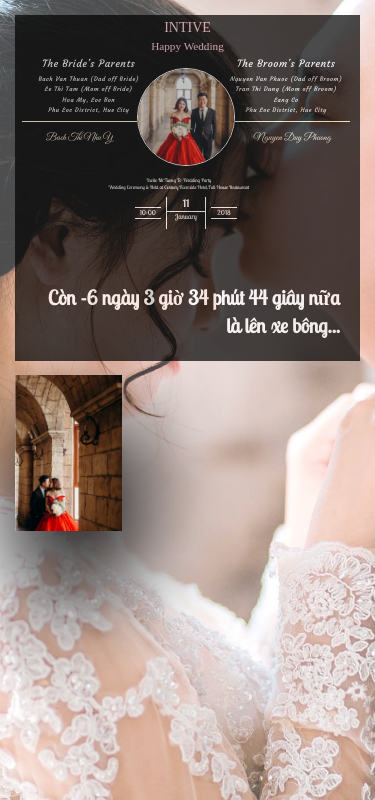
Repository: nguyenhuutuong999/WeddingOfSister
Page: wedding.html
The author's editor kept a copy of each file at every save. The page is drawn from the files as they stood at one save, then again after a run of saves.
The browser window is 375 px wide. The pictures show the whole page.
Some web fonts or font styles are not loaded; a fallback is used.

Above is the page before, as saved 2019-09-16 21:11:48.

### wedding.html
<!doctype html>
<html>

<head>
    <meta charset="utf-8">
    <meta name="viewport" content="width=device-width, initial-scale=1">
    <title>Wedding</title>

    <!-- Latest compiled and minified CSS & JS -->

    <link rel="stylesheet" href="./style.css">


    <!-- Latest compiled and minified CSS & JS -->
    <link rel="stylesheet" media="screen" href="//netdna.bootstrapcdn.com/bootstrap/3.3.4/css/bootstrap.min.css">
    <script src="//code.jquery.com/jquery.js"></script>
    <script src="//netdna.bootstrapcdn.com/bootstrap/3.3.4/js/bootstrap.min.js"></script>

    <link rel="stylesheet" href="./animate.css">
    <script type="text/javascript" src="./wow.min.js"></script>
    <script>
        new WOW().init();
    </script>

</head>


<body>
    <div id="container">
        <div id="opacity-background"></div>

        <div id="album">

            <img name="image_vh" src="./images/vh1.jpg" class="wow slideInLeft" data-wow-duration="1s">
        </div>
        <div id="content">
            <h1 id="invite">INTIVE</h1>
            <h2 id="happy">Happy Wedding</h2>
            <div id="infor">
                <div id="bride" class="wedding">
                    <!-- // <label>Le Thi Thanh Ngan</label> -->
                    <h3>The Bride's Parents</h3>
                    <p>Bach Van Thuan (Dad off Bride)</p>
                    <p>Le Thi Tam (Mom off Bride)</p>
                    <p>Hoa My, Loc Bon</p>
                    <p>Phu Loc District, Hue City</p>

                </div>
                <div id="broom" class="wedding">
                    <!--  -->
                    <h3>The Broom's Parents</h3>
                    <p>Nguyen Van Phuoc (Dad off Broom)</p>
                    <p>Tran Thi Dung (Mom off Broom)</p>
                    <p>Lang Co</p>
                    <p>Phu Loc District, Hue City</p>

                </div>
                <!-- <canvas id="myCanvas" width="470" height="300"></canvas> -->

            </div>
            <div id="colorful">
                <h2 style="margin-left: 0px;" class="name">Bach Thi Nhu Y</h2>
                <img name="image_s" id="radius" src="./images/s1.jpg" class="wow zoomIn" data-wow-duration="1s" />
                <h2 style="margin-left: 0px;" class="name">Nguyen Duy Phuong</h2>
            </div>
            <div id="desc">
                <div style="color: white; position: relative; margin-top: 38%;">Invite Mr.Tuong To Wedding Party</div>
                <div id="place">Wedding Ceremony is Held at Century Riverside Hotel,Full House Restaurant</div>
                <div id="time">
                    <div id="hour" class="border1">10:00</div>
                    <div id="day-month">
                        <div id="day">11</div>
                        <div id="month">January</div>
                    </div>
                    <div id="year" class="border1">2018</div>
                </div>

            </div>
            <p id="countDown"></p>
        </div>

</body>

</html>
<script type="text/javascript">
    window.onload = function () {

        setTimeout("switchImageVH()", 3000);
        setTimeout("switchImageS()", 2000);
        setTimeout("switchImageHH()", 2000);
    }
    var current_vh = 1;
    var num_image_vh = 13;

    var current_s = 1;
    var num_image_s = 7

    var current_hh = 1;
    var num_image_hh = 9;

    function switchImageVH() {
        current_vh++;
        document.images['image_vh'].src = './images/vh' + current_vh + '.jpg';

        if (current_vh < num_image_vh) {
            setTimeout("switchImageVH()", 3000);

        } else if (current_vh == num_image_vh) {

            current_vh = 1;
            setTimeout("switchImageVH()", 3000);
        }


    }
    function switchImageS() {
        current_s++;
        document.images['image_s'].src = './images/s' + current_s + '.jpg';

        if (current_s < num_image_s) {
            setTimeout("switchImageS()", 4000);

        } else if (current_s == num_image_s) {
            current_s = 1;
            setTimeout("switchImageS()", 4000);
        }
    }
    function switchImageHH() {
        current_hh++;
        document.images['image_s'].src = './images/s' + current_hh + '.jpg';

        if (current_hh < num_image_s) {
            setTimeout("switchImageS()", 4000);

        } else if (current_hh == num_image_s) {
            current_hh = 1;
            setTimeout("switchImageS()", 4000);
        }
    }


    var dateWedding = {

        date: 10,
        hour: 23,
        minutes: 59,
        second: 59,
    }

    setInterval(function () {
        var today = new Date();
        var date = "Còn " + (dateWedding.date - today.getDate()) + " ngày " + (dateWedding.hour - today.getHours()) + " giờ " + (dateWedding.minutes - today.getMinutes()) + " phút " + (dateWedding.second - today.getSeconds() + " giây nữa là lên xe bông...");
        document.getElementById("countDown").innerHTML = date;
    }, 1000);



    // var canvas = document.getElementById('myCanvas');
    // var context = canvas.getContext('2d');

    // // Xác đinh tâm là trọng tâm của Canvas
    // var x = canvas.width / 2;
    // var y = canvas.height / 2;

    // // bán kính 75px
    // var radius = 130;

    // // Góc bắt đầu là 1.1PI
    // var startAngle = 1.1 * Math.PI;

    // // Góc kết thúc là 1.9PI
    // var endAngle = 1.9 * Math.PI;

    // // Cùng chiều kim đồng hồ
    // var counterClockwise = false;

    // // Vẽ đường cung
    // context.beginPath();
    // context.arc(x, y, radius, startAngle, endAngle, counterClockwise);
    // context.lineWidth = 1.5;

    // // line color
    // context.strokeStyle = 'blanchedalmond';
    // context.stroke();


</script>

### style.css
@import url('https://fonts.googleapis.com/css?family=Great+Vibes&display=swap');
@import url('https://fonts.googleapis.com/css?family=Cookie&display=swap');
@import url('https://fonts.googleapis.com/css?family=Courgette&display=swap');
@import url('https://fonts.googleapis.com/css?family=Berkshire+Swash|Great+Vibes&display=swap');
@import url('https://fonts.googleapis.com/css?family=Lobster+Two&display=swap');
body,html{
    top:0;
    margin: 0;
    padding: 0;
    font-family: Impact, Haettenschweiler, 'Arial Narrow Bold', sans-serif;
    width: 100%;
    height: 100%;
}

#container{
    display: flex;
    background-image: url("./images/wedding6.jpg.png");
    background-repeat: repeat;
    background-size: cover;
    width: 100%;
    height: 100%;
    position: relative;
}
#opacity-background{

    position: absolute;
    top: 0;
    left: 0;
    width: 100%;
    height: 100%;
    background:white;
    opacity: 0.3;

}

#content{

    position: relative;
    background: rgb(0, 0, 0);
    opacity: 0.7;
    width: 59%;
    margin: 4% 1% 4% 0;

}
#album {
    width: 30%;
    position: relative;
    margin: 4% 1% 4% 4%;
}
#album img{

    width: 95%;
    box-shadow: 10px 50px 100px 10px black;
}

#invite{
    font-family: 'Berkshire Swash', cursive;
    color: pink;
    text-align: center;
    font-size: 40px;
}
#happy{
    font-family: 'Berkshire Swash', cursive;
    color: pink;
    text-align: center;
}
#infor{
    color: white;
    font-family: 'Courgette', cursive;
    font-size: 10px;
    display: flex;
    position: absolute;
    padding: 10px 50px;
    width: 100%;
}
.wedding{
    width: calc(100%/2);
    letter-spacing: 2px;
    text-align: center;
    line-height: 5px;
}
#colorful{
    color: white;
    font-family: 'Great Vibes', cursive;
    display: flex;
    margin-top: 0px;
    position: absolute;
    text-align: center;
    width: 95%;
    align-items: center;
    margin-top: 50px;
    margin-left: 2%;

}
.name{
    border-style: solid;
    border-width: 1px 0 0 0;
    padding:  20px 0;
    margin-top: 50px;
    color: blanchedalmond;
    width: 35%;
    font-size: 25px;
}
#radius{
    border-radius: 100%;
    border: solid 1.5px white;
    width: 30%;
}

#desc{
    position: relative;
    color: white;
    font-family: 'Lobster Two', cursive;
    font-size: 20px;
    margin-top: 00%;
    text-align: center;
    width: 95%;
}



#time{
    display: flex;
    position: relative;
    width: 40%;
    margin-left: 41%;
}
#hour{
    margin: 40px 5px;
}

#year{

    margin: 40px 5px;
}
.border1{
    border-style: solid;
    border-width: 0.1px 0;
    width: 50px;
}
#day-month{
    border-style: solid;
    border-width: 0 1.5px;
    width: 90px;
    margin: 20px 0;
}
#day{
    border-style: solid;
    border-width: 0 0 1px 0;
    width: 89px;

    font-size: 30px;
    font-weight: bold;
}
/* #myCanvas{
    position: absolute;
    margin-top: 110px;
    margin-left: 185px;


} */

#bride{
    margin-left: 10px;
}
#broom{
    margin-left: 200px;
}
#countDown{
    position: relative;
    font-family: 'Lobster Two', cursive;
    color: white;
    text-align: right;
    font-size: 20px;
    font-weight: bold;
    margin-top: 0%;

    padding: 20px;
}

@media only screen and (max-width: 600px) {

    #container{
        display: inline-block;
        background-image: url("./images/wedding5.jpg");
        background-repeat: repeat;
        background-size: cover;
        width: 100%;
        height: 100%;
        position: relative;
    }
    #invite{

        margin-top: 0px;
        padding: 5px;
        font-size: 1em;
    }
    #happy{
        font-size: 0.8em;
        margin-top: -10px;
    }
    #infor{
        margin-top: -30px;
        font-size: 5px;
        padding: 5px 10px;
    }
    .wedding h3{
        font-size: 10px;
    }
    .wedding{
        width: calc(100%);
        letter-spacing: 0.5px;
        font-size:6px;
        line-height: 0.5px;
    }
    #album img{

        width: 90%;
        box-shadow: 10px 50px 100px 10px black;
    }
    #bride{
        margin-left: 0px;
    }
    #broom{
        margin-left: 70px;
    }
    #colorful{
        width: 95%;
        margin-top: 5px;
        margin-left: 2%;

    }
    .name{
        padding:  10px 0;
        font-size: 10px;
    }
    #radius{
        border: solid 0.5px white;
    }

    #desc{
        position: relative;
        color: white;
        font-family: 'Lobster Two', cursive;
        font-size: 5px;
        margin-top: 30%;
        text-align: center;
        width: 95%;
    }

    #time{
        display: flex;
        position: relative;
        width: 40%;
        margin-left: 35%;
        margin-top: -30px;
        font-size: 7px;
    }
    #hour{
        margin: 45px 5px;
        width: 20%;
    }

    #year{
        width: 20%;
        margin: 45px 5px;
    }

    #day-month{
        border-width: 0 1px;
        width: 40px;
        margin: 35px 0;
    }
    #day{
        width: 100%;
        font-size: 10px;

    }
    #countDown{

        font-size: 8px;
        margin-top: -15%;
        font-size: 20px;
    font-weight: bold;
    margin-top: 0%;

    padding: 20px;

    }
    #content{

        position: relative;
        background: rgb(0, 0, 0);
        opacity: 0.7;
        width: 92%;
        margin: 4%;

    }
    #album {
        width: 30%;
        position: absolute;
        margin: 100% 1% 4% 4%;
    }
    #album img{

        width: 95%;
        box-shadow: 10px 50px 100px 10px black;
    }
  }

/* @media only screen and (max-width: 600px) {
    #invite{
        margin-top: 5px;
        font-size: 1em;
    }
    #happy{
        font-size: 0.8em;
        margin-top: -10px;
    }
    #infor{
        margin-top: -30px;
        font-size: 5px;
        padding: 5px 10px;
    }
    .wedding h3{
        font-size: 8px;
    }
    .wedding{
        width: calc(100%);
        letter-spacing: 0.5px;
        font-size:5px;
        line-height: 0.5px;
    }
    #album img{

        width: 90%;
        box-shadow: 10px 50px 100px 10px black;
    }
    #bride{
        margin-left: 0px;
    }
    #broom{
        margin-left: 70px;
    }
    #colorful{
        width: 95%;
        margin-top: 5px;
        margin-left: 2%;

    }
    .name{
        padding:  10px 0;
        font-size: 10px;
    }
    #radius{
        border: solid 0.5px white;
    }

    #desc{
        position: relative;
        color: white;
        font-family: 'Lobster Two', cursive;
        font-size: 5px;
        margin-top: 30%;
        text-align: center;
        width: 95%;
    }

    #time{
        display: flex;
        position: relative;
        width: 40%;
        margin-left: 32%;
        margin-top: -30px;
        font-size: 7px;
    }
    #hour{
        margin: 45px 5px;
    }

    #year{

        margin: 45px 5px;
    }

    #day-month{
        border-width: 0 1px;
        width: 90px;
        margin: 35px 0;
    }
    #day{
        width: 100%;
        font-size: 10px;

    }
    #countDown{

        font-size: 8px;
        margin-top: -18%;

    }#content{

        position: relative;
        background: rgb(0, 0, 0);
        opacity: 0.7;
        width: 61%;
        margin: 4% 1px 0% 0;

    }
    #album {
        width: 30%;
        position: relative;
        margin: 4% 1% 4% 4%;
    }
    #album img{

        width: 95%;
        box-shadow: 10px 50px 100px 10px black;
    }
  } */

Loaded but not shown: animate.css (library); wow.min.js (library)

After the next 4 saves:
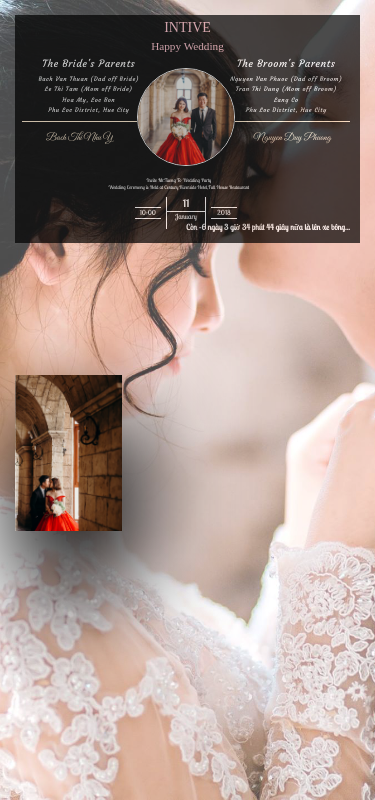
The 4 saves are shown as one change because they came seconds apart.
The last was saved 12 s later.
--- a/style.css
+++ b/style.css
@@ -280,11 +280,11 @@ body,html{
 
         font-size: 8px;
         margin-top: -15%;
-        font-size: 20px;
-    font-weight: bold;
-    margin-top: 0%;
-
-    padding: 20px;
+
+
+
+
+    padding: 10px;
 
     }
     #content{
